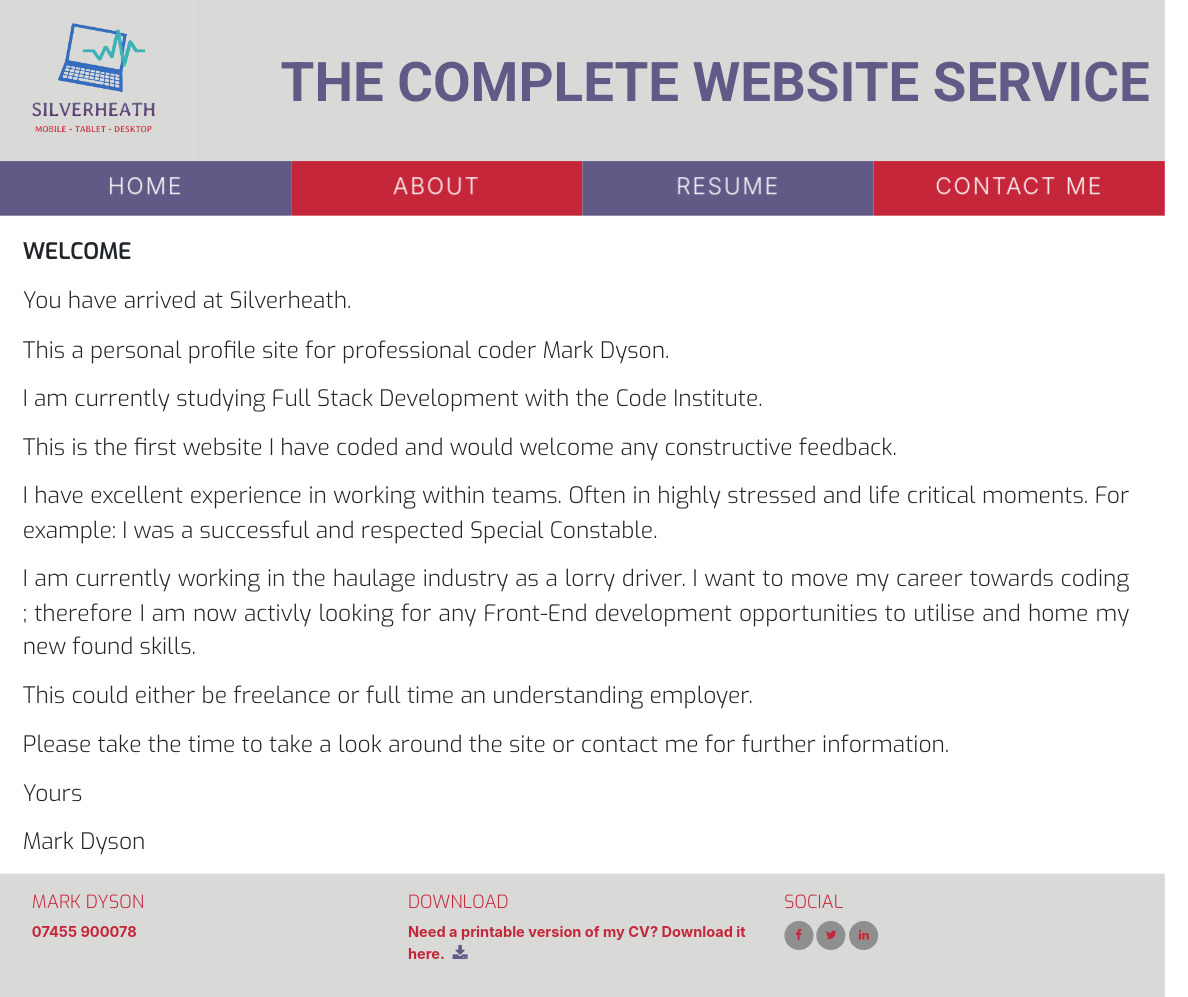
Repository: Code-Institute-Submissions/silverheath
Page: index.html
The author's editor kept a record of every edit. The page is drawn from the files as they stood at one moment, then again after the next edit.
The browser window is 1280 px wide. The page is 1305 px wide, so the pictures cover 1305 px, including what lies to the right of the window. The pictures show the whole page, at 91% of full size.
Some web libraries are served in a nearby version.

Above is the page before.

After the next edit:
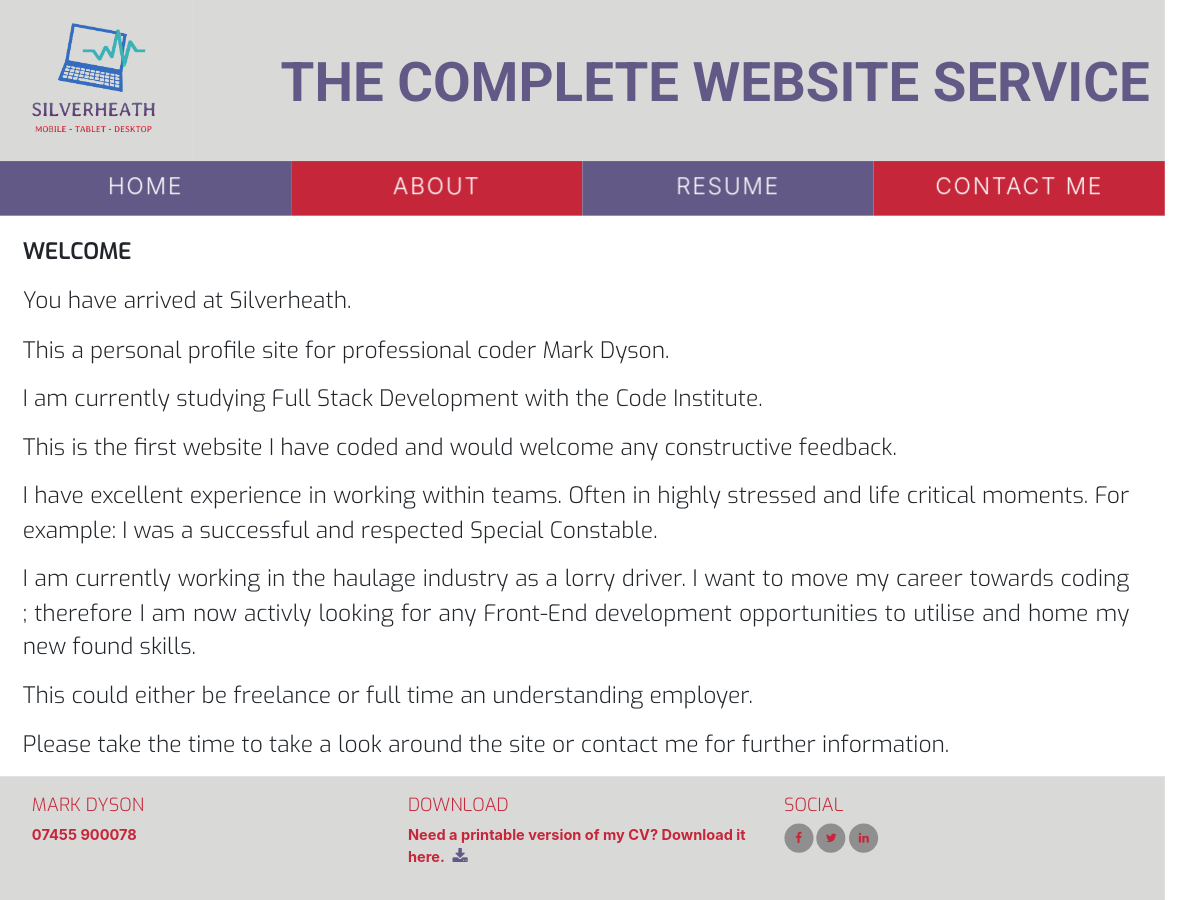
The edit:
--- a/index.html
+++ b/index.html
@@ -69,12 +69,8 @@
     </div>
     <div class="intro">
         <p>Please take the time to take a look around the site or contact me for further information.</p>
+    <p>  </p>
     </div>
-    <div class="intro">
-        <p>Yours</p>
-        <p>Mark Dyson</p>
-
-        </p>
     </div>
     </div>
     </div>
